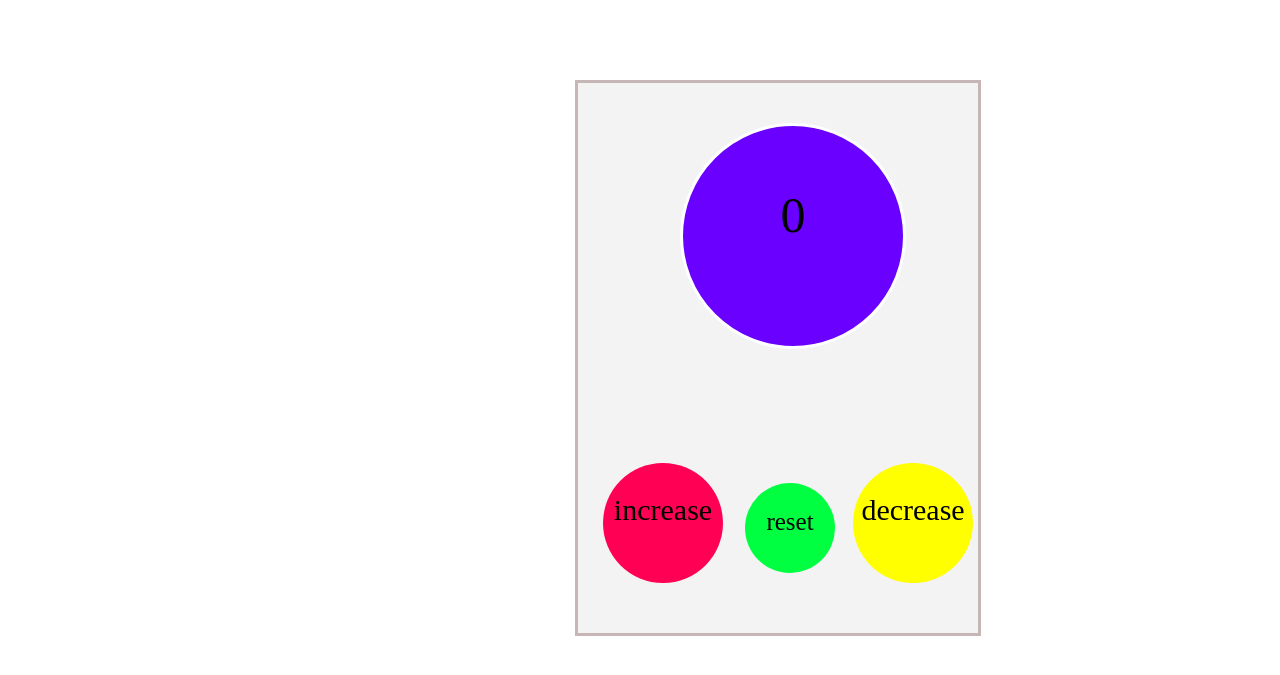
Repository: sara55m/Counter_App
Page: index.html
The author's editor kept a copy of each file at every save. The page is drawn from the files as they stood at one save, then again after the next save.
The browser window is 1280 px wide. The pictures show the whole page.

Above is the page before, as saved 2024-07-30 04:03:34.

### index.html
<!DOCTYPE html>
<html lang="en">
<head>
    <meta charset="UTF-8">
    <meta name="viewport" content="width=device-width, initial-scale=1.0">
    <title>Document</title>
    <link rel="stylesheet" href="css/style.css">
</head>
<body>
    <div class="container">
        <div class="main" id="main"><p class="one" id="one"></p></div>
        <div class="increase" id="increase" onclick="increase()"><p class="first">increase</p></div>
        <div class="decrease" id="decrease" onclick="decrease()"><p class="second">decrease</p></div>
        <div class="reset" onclick="reset_1()"><p class="third">reset</p></div>
    </div>
    <script src="js/script.js"></script>
</body>
</html>

### css/style.css
.container{
    position: absolute;
    top:80px;
    left:575px;
    height:550px;
    width:400px;
    background-color: rgb(243 243 243);
    border:3px solid #c7b6b6;
}
p.one{
    text-align: center;

}

.main{
    position:absolute;
    top:40px;
    left:102px;
    height:200px;
    width:200px;
    border-radius: 50%;
    background-color: rgb(106, 0, 255);
    text-align: center;
    font-size: 50px;
    padding:10px;
    border:3px solid white;
}

.increase{
    position:absolute;
    top:380px;
    left:25px;
    height:120px;
    width:120px;
    border-radius: 50%;
    background-color: rgb(255, 0, 85);

    font-size: 50px;
}
p.first,p.second{
    font-size: 30px;
    text-align: center;
}

.decrease{
    position:absolute;
    top:380px;
    left:275px;
    height:120px;
    width:120px;
    border-radius: 50%;
    background-color:yellow;
    text-align: center;
    font-size: 50px;
}

.reset{
    position:absolute;
    top:400px;
    left:167px;
    height:90px;
    width:90px;
    border-radius: 50%;
    background-color: rgb(0, 255, 64);

    font-size: 50px;
}

p.third{
    font-size: 25px;
    text-align: center;
}

### js/script.js
let count=0;
document.getElementById("one").innerHTML=count;
function increase(){
    count+=1;
    document.getElementById("one").innerHTML=count;
}

function reset_1(){
    count=0;
    document.getElementById("one").innerHTML=count;
}

count=0;
document.getElementById("one").innerHTML=count;
function decrease(){
    count-=1;
    document.getElementById("one").innerHTML=count;

}

After the next save:
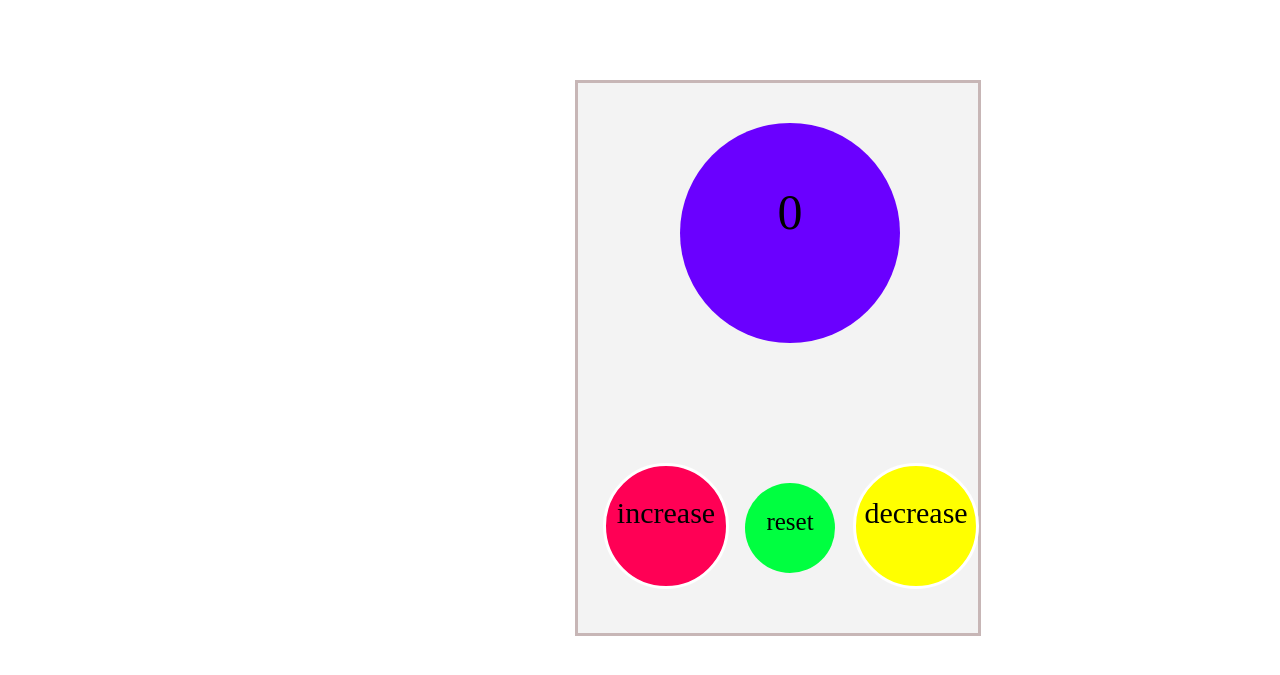
Saved 46 s later.
--- a/css/style.css
+++ b/css/style.css
@@ -23,7 +23,7 @@ p.one{
     text-align: center;
     font-size: 50px;
     padding:10px;
-    border:3px solid white;
+
 }
 
 .increase{
@@ -34,7 +34,7 @@ p.one{
     width:120px;
     border-radius: 50%;
     background-color: rgb(255, 0, 85);
-
+    border:3px solid white;
     font-size: 50px;
 }
 p.first,p.second{
@@ -49,6 +49,7 @@ p.first,p.second{
     height:120px;
     width:120px;
     border-radius: 50%;
+    border:3px solid white;
     background-color:yellow;
     text-align: center;
     font-size: 50px;
